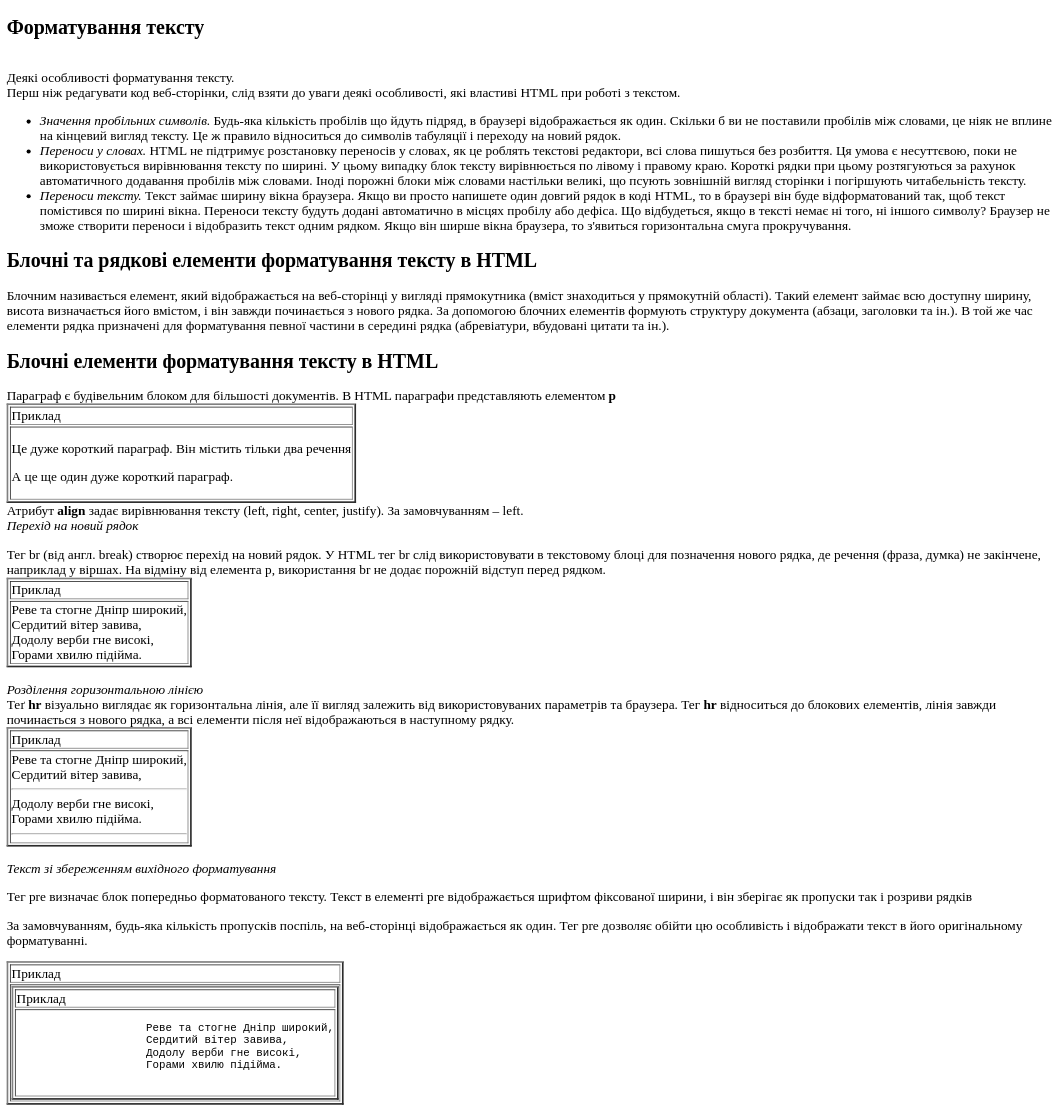
Repository: KseniaMakara/Web
Page: Web/directory.html
An editor plug-in stored every save of this project. The page is shown before and after the next save, followed by the edit.
The browser window is 1280 px wide. The pictures show the whole page, at 83% of full size.

Above is the page before, as saved 2021-02-15 16:57:34.

After the next save:
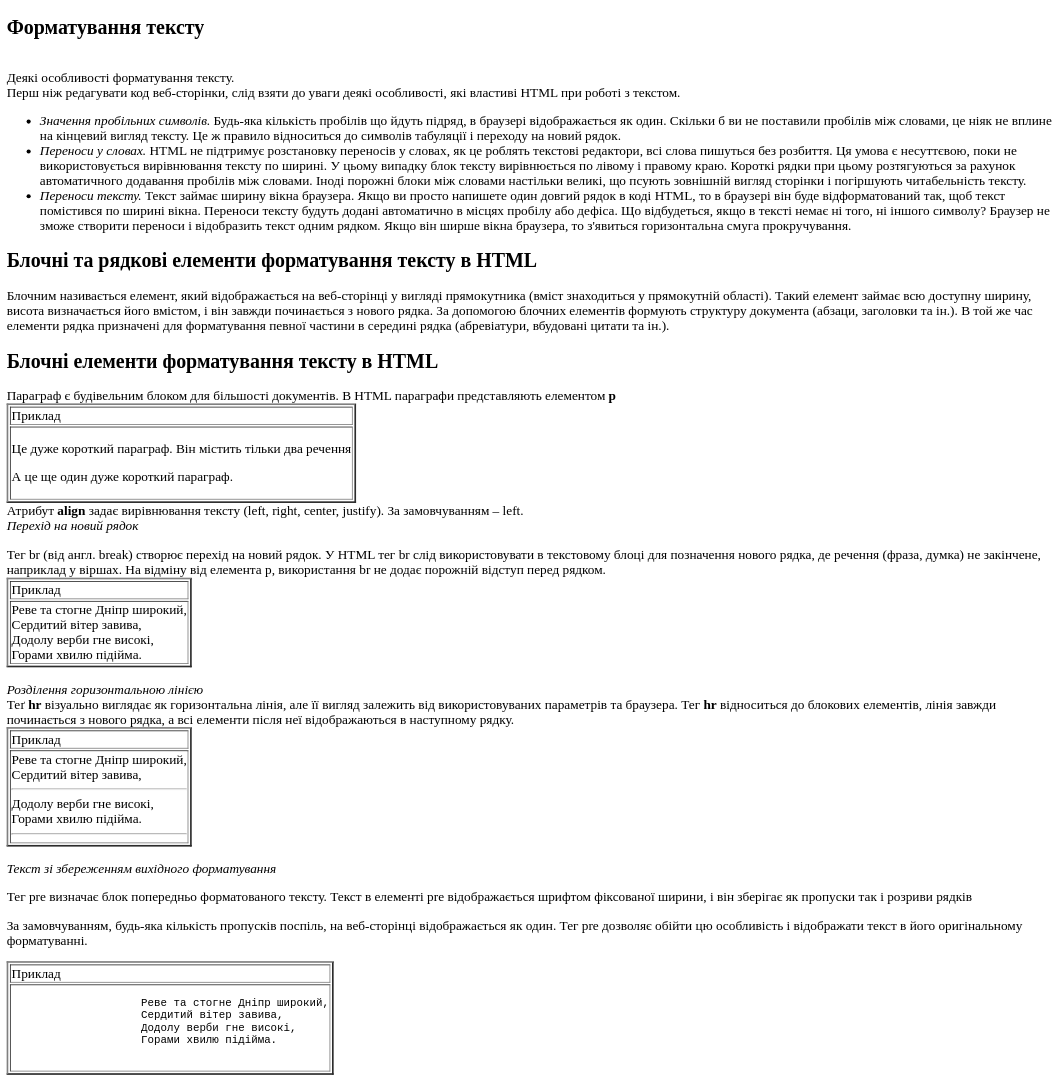
Saved 31 s later.
--- a/Web/directory.html
+++ b/Web/directory.html
@@ -109,12 +109,6 @@ br слід використовувати в текстовому блоці д
         <td> Приклад </td>
 
     </tr>
-    <tr>
-        <td> <table border = "2px">
-            <tr>
-                <td> Приклад </td>
-
-            </tr>
             <tr>
                 <td> <pre>
                     Реве та стогне Дніпр широкий,
